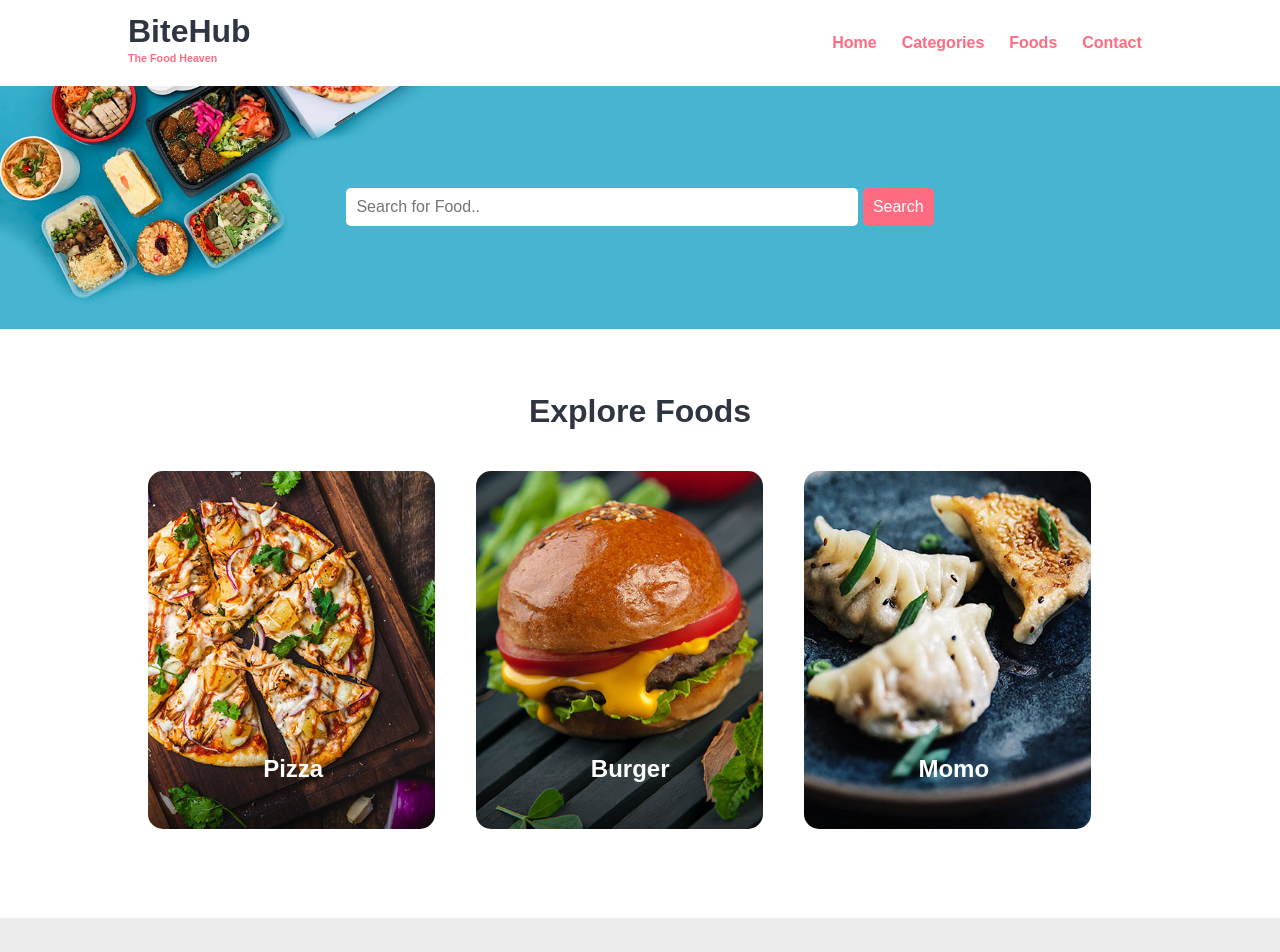
Repository: Saviour-Dagadu/food-order-front
Page: index.html
An editor plug-in stored every save of this project. The page is shown before and after the next save, followed by the edit.
The browser window is 1280 px wide. The pictures show the part of the page from y = 0 to 952 px (the page is 2170 px tall).
A picture or video elsewhere on the page could not be fetched, so the positions and the page height are approximate.

Above is the page before, as saved 2024-05-16 11:12:52.

After the next save:
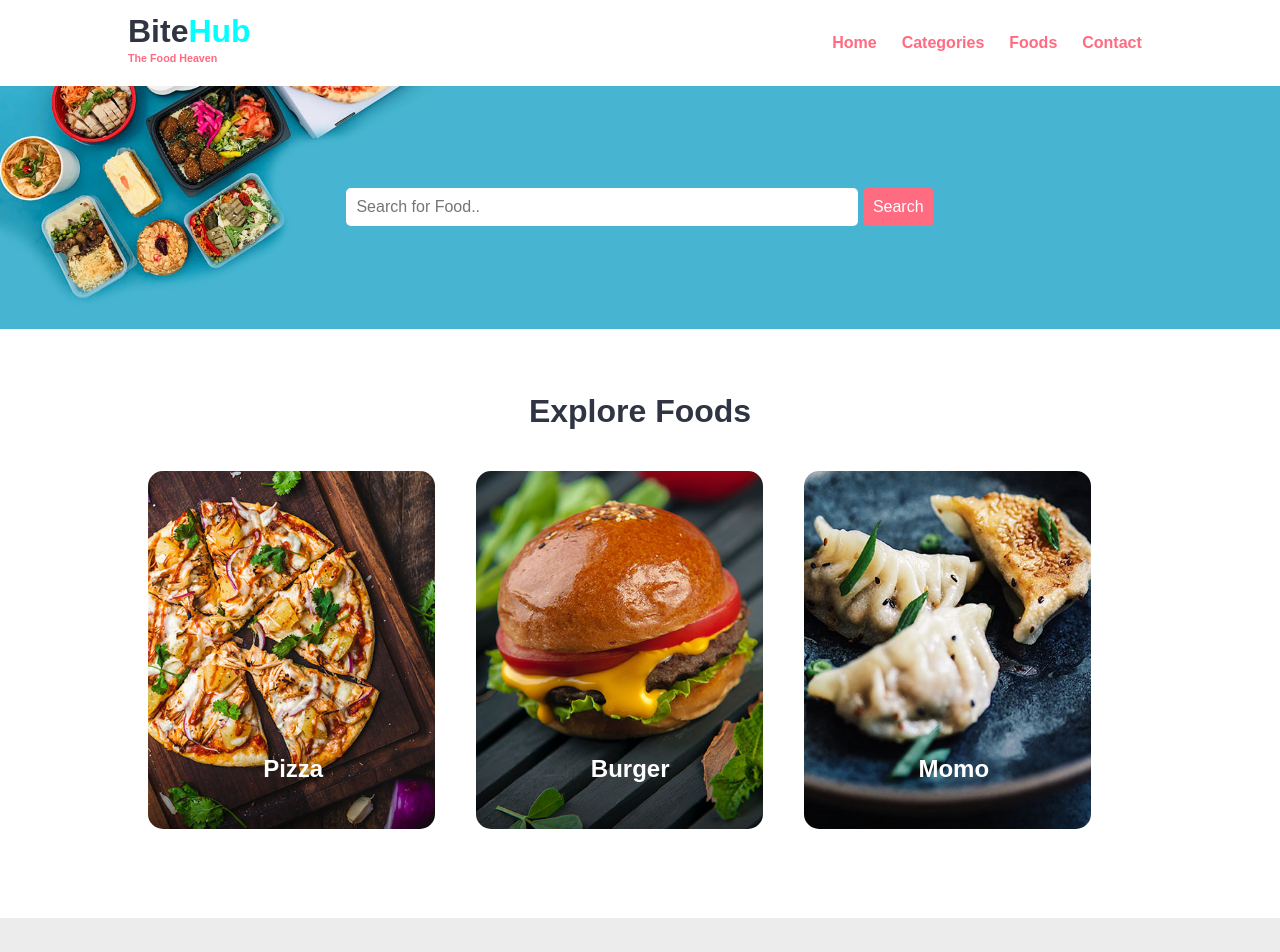
Saved 81 s later.
--- a/css/style.css
+++ b/css/style.css
@@ -92,6 +92,9 @@ fieldset{
 .logo{
     width: 10%;
     float: left;
+}
+.logo h2 span{
+    color: aqua;
 }
 .menu{
     line-height: 60px;
